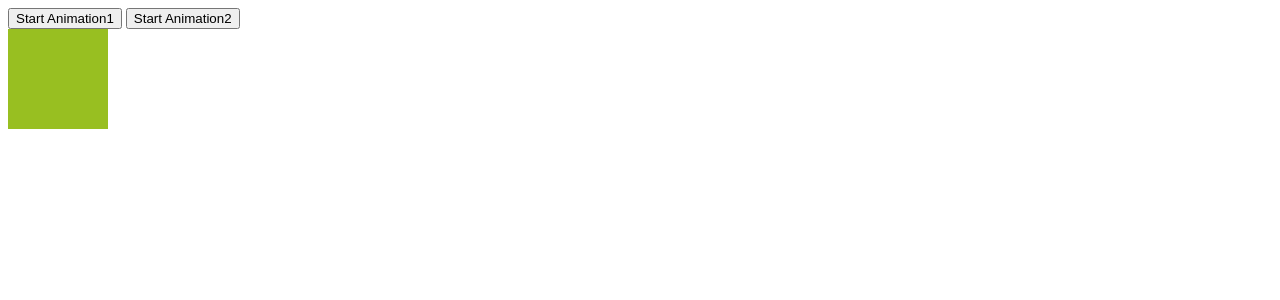
Repository: sudheerj/jQuery
Page: jQueryExamples/chapter04/Chaining.html
An editor plug-in stored every save of this project. The page is shown before and after the next save, followed by the edit.
The browser window is 1280 px wide. The pictures show the whole page.

Above is the page before, as saved 2016-10-20 18:10:33.

After the next save:
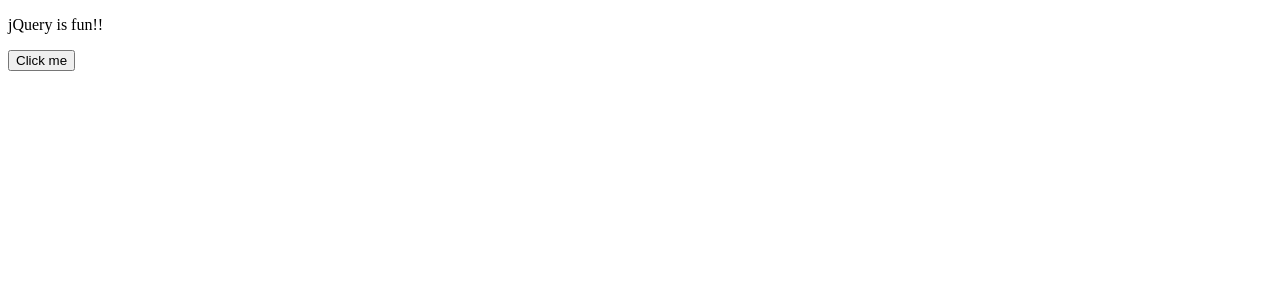
Saved 8 h 1 min later.
--- a/jQueryExamples/chapter04/Chaining.html
+++ b/jQueryExamples/chapter04/Chaining.html
@@ -4,30 +4,18 @@
 	<script type="text/javascript" src="..\jquery\jquery-3.1.1.min.js"></script>
 	<script>
 $(document).ready(function(){
-	 $("#button1").click(function(){
-        $("#div1").animate({
-            left: '250px',
-            height: '+=150px',
-            width: '+=150px'
-        });
-    });
-
-    $("#button2").click(function(){
-        var div = $("#div2");
-        div.animate({height: '300px', opacity: '0.4'}, "slow");
-        div.animate({width: '300px', opacity: '0.8'}, "slow");
-        div.animate({height: '100px', opacity: '0.4'}, "slow");
-        div.animate({width: '100px', opacity: '0.8'}, "slow");
+    $("button").click(function(){
+        $("#p1").css("color", "red")
+            .slideUp(2000)
+            .slideDown(2000);
     });
 });
 </script>
 </head>
 <body>
 
-<button id="button1">Start Animation1</button>
-<button id="button2">Start Animation2</button>
+<p id="p1">jQuery is fun!!</p>
 
-<div id="div1" style="background:#98bf21;height:100px;width:100px;position:absolute;"></div>
-<div id="div2" style="background:#98bf21;height:100px;width:100px;position:absolute;"></div>
+<button>Click me</button>
 </body>
 </html>
